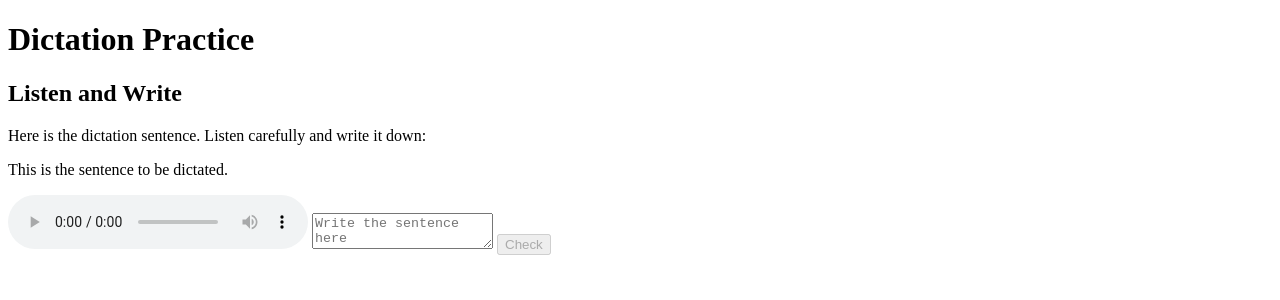
Repository: MBR3/MBR3.github.io
Page: shisutan-test-A2E.html
These files come from the project's save history. The page is drawn as it stood at one moment and after the next save; the edit follows.
The browser window is 1280 px wide. The pictures show the whole page.

Above is the page before, as saved 2023-07-08 14:43:38.

After the next save:
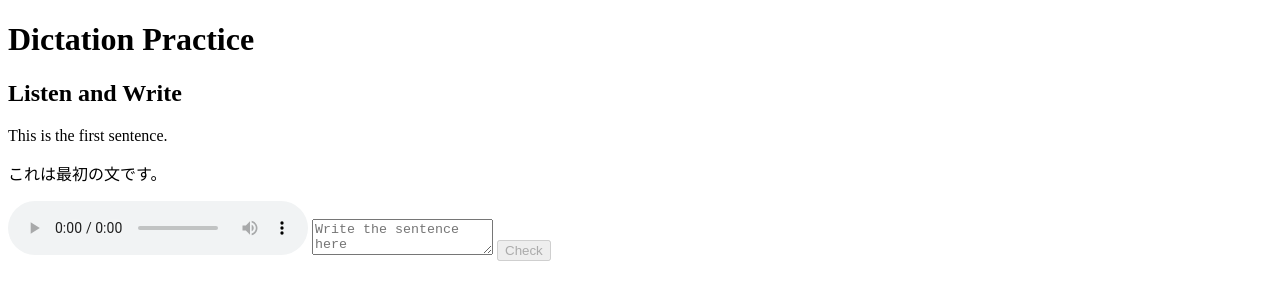
Saved 2 min 38 s later.
--- a/shisutan-test-A2E.html
+++ b/shisutan-test-A2E.html
@@ -10,10 +10,12 @@
     <h1>Dictation Practice</h1>
     <div class="dictation">
       <h2>Listen and Write</h2>
-      <p>Here is the dictation sentence. Listen carefully and write it down:</p>
-      <p id="dictation-sentence">This is the sentence to be dictated.</p>
+      <div id="question-container">
+        <p id="question-english"></p>
+        <p id="question-japanese"></p>
+      </div>
       <audio id="audio-player" controls>
-        <source src="Shisutan-audio/s-001.mp3" type="audio/mpeg">
+        <source id="audio-source" type="audio/mpeg">
         Your browser does not support the audio element.
       </audio>
       <textarea id="user-input" class="form-control" placeholder="Write the sentence here"></textarea>
@@ -26,6 +28,29 @@
   <script src="https://cdn.jsdelivr.net/npm/bootstrap@4.5.2/dist/js/bootstrap.min.js"></script>
   <script>
     $(document).ready(function() {
+      var dictationData = [
+        {
+          english: "This is the first sentence.",
+          japanese: "これは最初の文です。",
+          audio: "Shisutan-audio/s-001"
+        },
+        {
+          english: "Here comes the second sentence.",
+          japanese: "次は2つ目の文です。",
+          audio: "Shisutan-audio/s-002"
+        },
+        // 他の問題データを追加
+      ];
+
+      var currentQuestion = 0;
+
+      function loadQuestion() {
+        $('#question-english').text(dictationData[currentQuestion].english);
+        $('#question-japanese').text(dictationData[currentQuestion].japanese);
+        $('#audio-source').attr('src', dictationData[currentQuestion].audio);
+        $('#audio-player').trigger('load');
+      }
+
       $('#check-button').on('click', function() {
         // チェック処理のコード
       });
@@ -39,6 +64,9 @@
       $('#audio-player').on('play', function() {
         $('#check-button').prop('disabled', true);
       });
+
+      // 最初の問題を読み込む
+      loadQuestion();
     });
   </script>
 </body>
